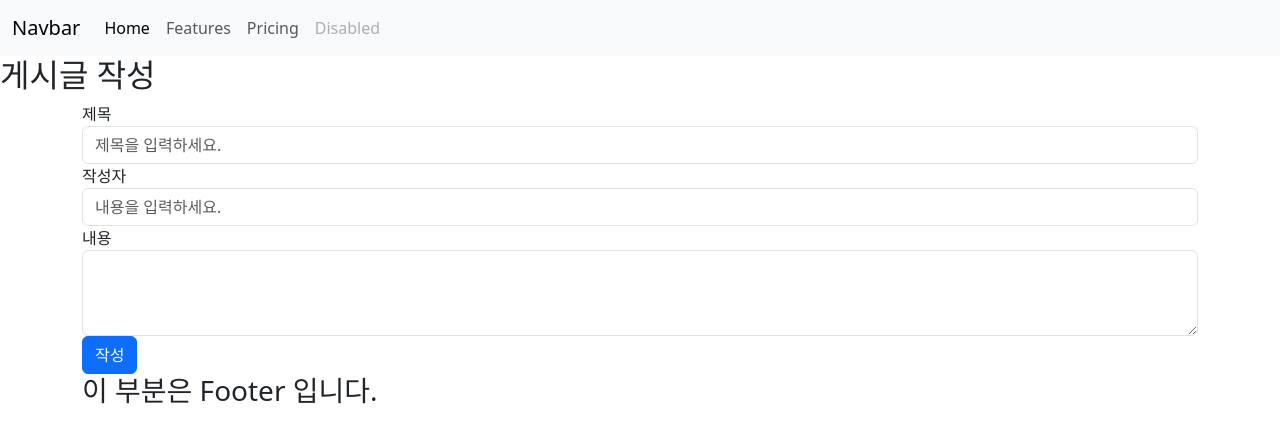
Repository: Jae-yi/JSPMybatis
Page: http://localhost/JspMybatisSub/WEB-INF/views/board/insert.jsp
An editor plug-in stored every save of this project. The page is shown before and after the next save, followed by the edit.
The browser window is 1280 px wide. The pictures show the whole page.
The page is served by Tomcat 9. Nobody is signed in. Other server files are loaded and not shown. The template is opened directly, without the code that normally fills it, so the values that code supplies are empty.

Above is the page before, as saved 2023-01-13 06:40:48.

### JspMybatisSub/src/main/webapp/WEB-INF/views/board/insert.jsp
<%@ page language="java" contentType="text/html; charset=UTF-8"
    pageEncoding="UTF-8"%>
<!DOCTYPE html PUBLIC "-//W3C//DTD HTML 4.01 Transitional//EN" "http://www.w3.org/TR/html4/loose.dtd">
<%@ include file="../include/style.jsp" %>
<html>
<head>
<meta http-equiv="Content-Type" content="text/html; charset=UTF-8">
<title>Insert Form</title>
</head>
<body>
  <jsp:include page="../include/header.jsp"></jsp:include>
<h2> 게시글 작성 </h2>

<div class="container">
    <form action="/insertProc" method="post">
      <div class="form-group">
        <label for="subject">제목</label>
        <input type="text" class="form-control" id="subject" name="subject" placeholder="제목을 입력하세요.">
      </div>
      <div class="form-group">
        <label for="writer">작성자</label>
        <input type="text" class="form-control" id="writer" name="writer" placeholder="내용을 입력하세요.">
      </div>
      <div class="form-group">
        <label for=content">내용</label>
        <textarea class="form-control" id="content" name="content" rows="3"></textarea>
      </div>
      <button type="submit" class="btn btn-primary">작성</button>
    </form>
        <jsp:include page="../include/footer.jsp"></jsp:include>
</div>
</body>
</html>

### JspMybatisSub/src/main/webapp/WEB-INF/views/include/style.jsp
<%@ page language="java" contentType="text/html; charset=UTF-8"
	pageEncoding="UTF-8"%>
<head>
<meta charset="UTF-8">
<title>MONGNA JSP</title>

<!-- Bootstrap : CSS only -->
<link
	href="https://cdn.jsdelivr.net/npm/bootstrap@5.3.0-alpha1/dist/css/bootstrap.min.css"
	rel="stylesheet"
	integrity="sha384-GLhlTQ8iRABdZLl6O3oVMWSktQOp6b7In1Zl3/Jr59b6EGGoI1aFkw7cmDA6j6gD"
	crossorigin="anonymous">
<script
	src="https://cdn.jsdelivr.net/npm/bootstrap@5.3.0-alpha1/dist/js/bootstrap.bundle.min.js"
	integrity="sha384-w76AqPfDkMBDXo30jS1Sgez6pr3x5MlQ1ZAGC+nuZB+EYdgRZgiwxhTBTkF7CXvN"
	crossorigin="anonymous"></script>

<!-- Bootstrap : JavaScript Bundle with Popper -->
<script
	src="https://cdn.jsdelivr.net/npm/@popperjs/core@2.11.6/dist/umd/popper.min.js"
	integrity="sha384-oBqDVmMz9ATKxIep9tiCxS/Z9fNfEXiDAYTujMAeBAsjFuCZSmKbSSUnQlmh/jp3"
	crossorigin="anonymous"></script>
<script
	src="https://cdn.jsdelivr.net/npm/bootstrap@5.3.0-alpha1/dist/js/bootstrap.min.js"
	integrity="sha384-mQ93GR66B00ZXjt0YO5KlohRA5SY2XofN4zfuZxLkoj1gXtW8ANNCe9d5Y3eG5eD"
	crossorigin="anonymous"></script>

<!-- JQuery -->
<script src=https://cdnjs.cloudflare.com/ajax/libs/jquery/3.6.3/jquery.min.js></script>

</head>

### JspMybatisSub/src/main/webapp/WEB-INF/views/include/header.jsp
<%@ page language="java" contentType="text/html; charset=UTF-8"
    pageEncoding="UTF-8"%>
<!DOCTYPE html PUBLIC "-//W3C//DTD HTML 4.01 Transitional//EN" "http://www.w3.org/TR/html4/loose.dtd">
<html>
<head>
<meta http-equiv="Content-Type" content="text/html; charset=UTF-8">
<title>Insert title here</title>
</head>
<body>
    <nav class="navbar navbar-expand-lg bg-body-tertiary">
  <div class="container-fluid">
    <a class="navbar-brand" href="#">Navbar</a>
    <button class="navbar-toggler" type="button" data-bs-toggle="collapse" data-bs-target="#navbarNav" aria-controls="navbarNav" aria-expanded="false" aria-label="Toggle navigation">
      <span class="navbar-toggler-icon"></span>
    </button>
    <div class="collapse navbar-collapse" id="navbarNav">
      <ul class="navbar-nav">
        <li class="nav-item">
          <a class="nav-link active" aria-current="page" href="#">Home</a>
        </li>
        <li class="nav-item">
          <a class="nav-link" href="#">Features</a>
        </li>
        <li class="nav-item">
          <a class="nav-link" href="#">Pricing</a>
        </li>
        <li class="nav-item">
          <a class="nav-link disabled">Disabled</a>
        </li>
      </ul>
    </div>
  </div>
</nav>
</body>
</html>

### JspMybatisSub/src/main/webapp/WEB-INF/views/include/footer.jsp
<%@ page language="java" contentType="text/html; charset=UTF-8"
    pageEncoding="UTF-8"%>
<!DOCTYPE html PUBLIC "-//W3C//DTD HTML 4.01 Transitional//EN" "http://www.w3.org/TR/html4/loose.dtd">
<html>
<head>
<meta http-equiv="Content-Type" content="text/html; charset=UTF-8">
<title>Insert title here</title>
</head>
<body>
    <h3>이 부분은 Footer 입니다.</h3>
</body>
</html>

After the next save:
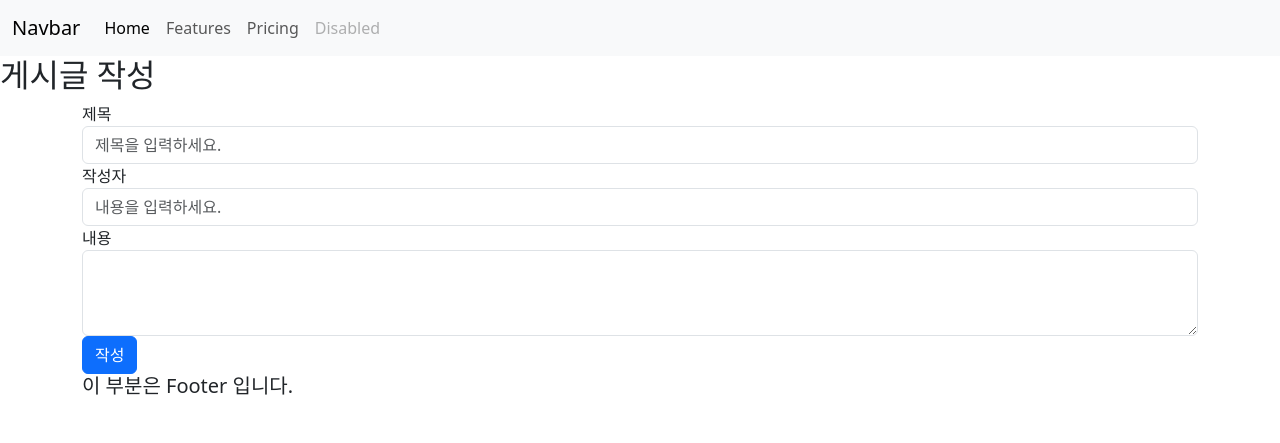
Saved 92 s later.
--- a/JspMybatisSub/src/main/webapp/WEB-INF/views/include/footer.jsp
+++ b/JspMybatisSub/src/main/webapp/WEB-INF/views/include/footer.jsp
@@ -7,6 +7,6 @@
 <title>Insert title here</title>
 </head>
 <body>
-    <h3>이 부분은 Footer 입니다.</h3>
+    <h5>이 부분은 Footer 입니다.</h5>
 </body>
 </html>
